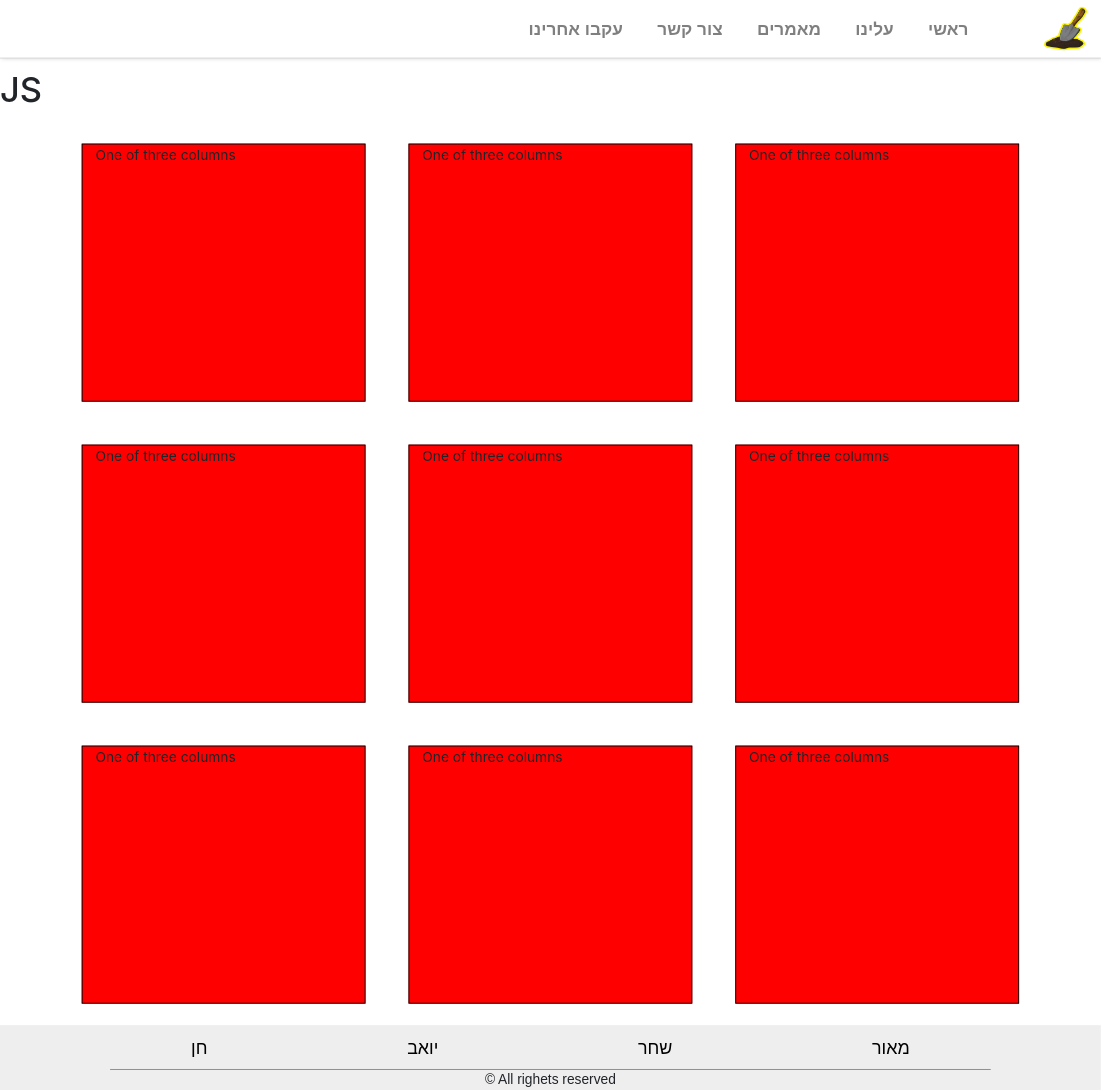
Repository: yoavBenZion/Blog-Zubi
Page: articlesPage.html
These files come from the project's save history. The page is drawn as it stood at one moment and after the next save; the edit follows.
The browser window is 1280 px wide. The pictures show the whole page, at 86% of full size.
Some web fonts or font styles are not loaded; a fallback is used. Some web libraries are served in a nearby version.

Above is the page before, as saved 2017-10-26 11:51:08.

After the next save:
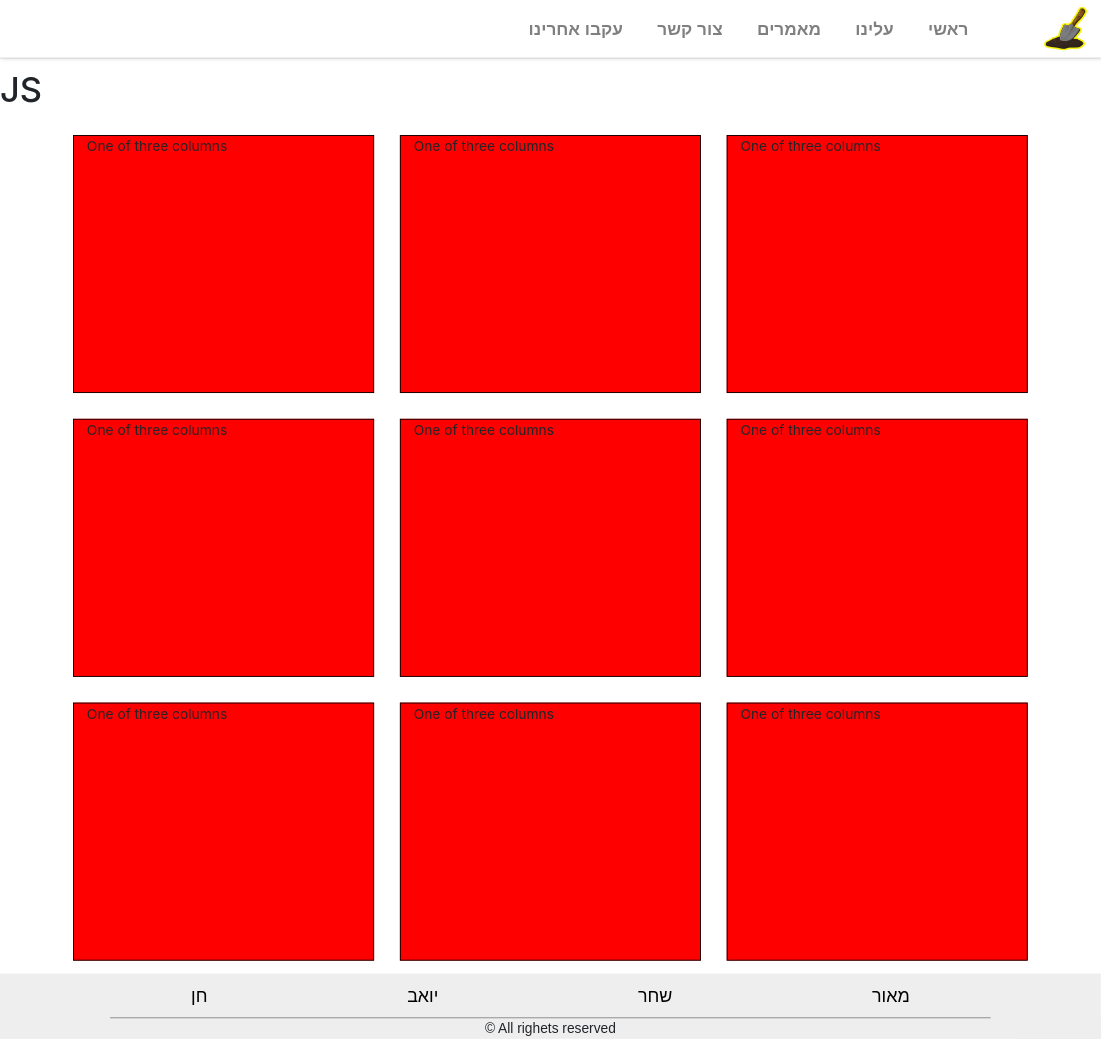
Saved 22 s later.
--- a/css/articlesPage.css
+++ b/css/articlesPage.css
@@ -6,7 +6,7 @@ body {
 
 .col {
     background-color: red;
-    margin: 25px;
+    margin: 15px;
     height: 300px;
     border: 1px solid black;
 }
